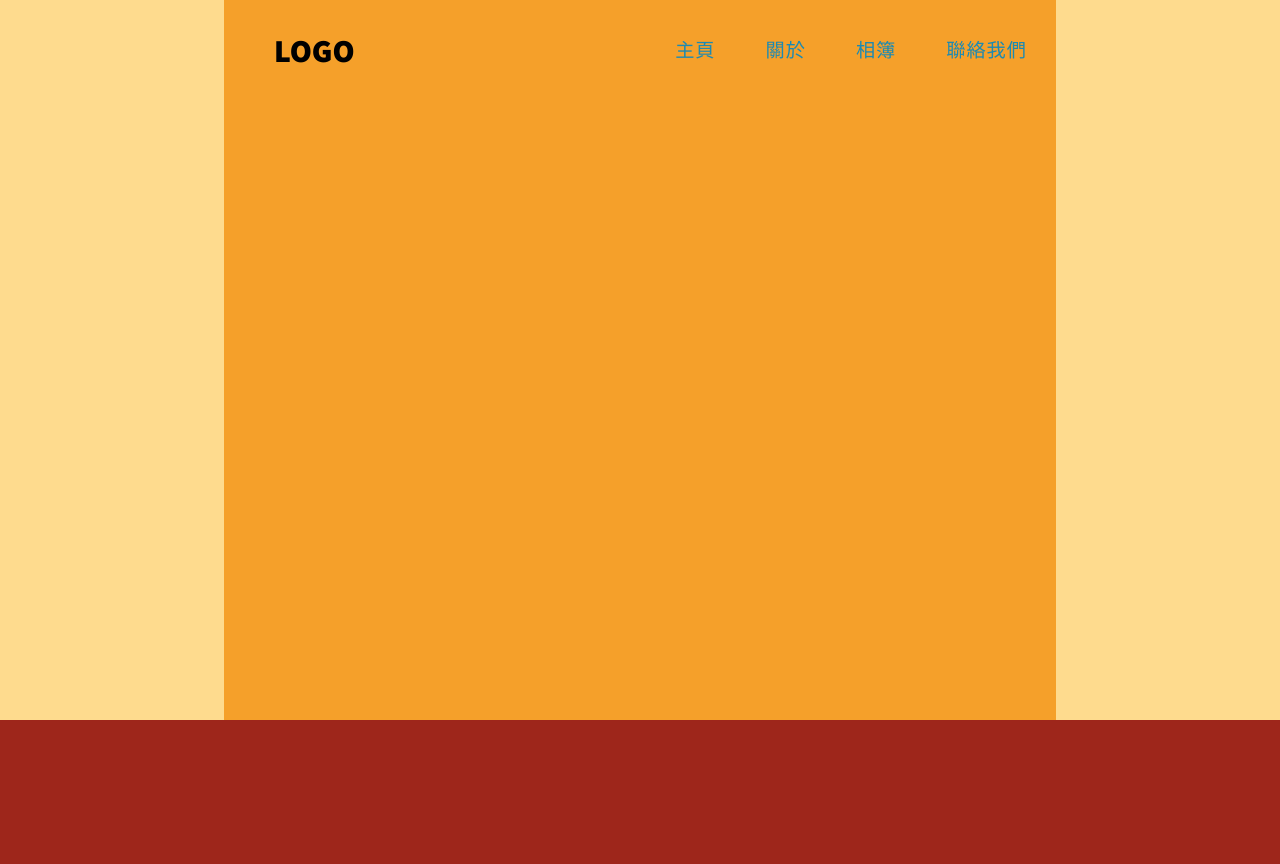
Repository: KevinYu0515/guanghui-food-website
Page: /
These files come from the project's save history. The page is drawn as it stood at one moment and after the next save; the edit follows.
The browser window is 1280 px wide. The pictures show the whole page.
The project was rebuilt for these pictures with package versions that can differ from the ones it lists, and the page was loaded fresh each time. Also part of the build but not shown: vue.config.js.

Above is the page before, as saved 2022-03-17 15:01:01.

After the next save:
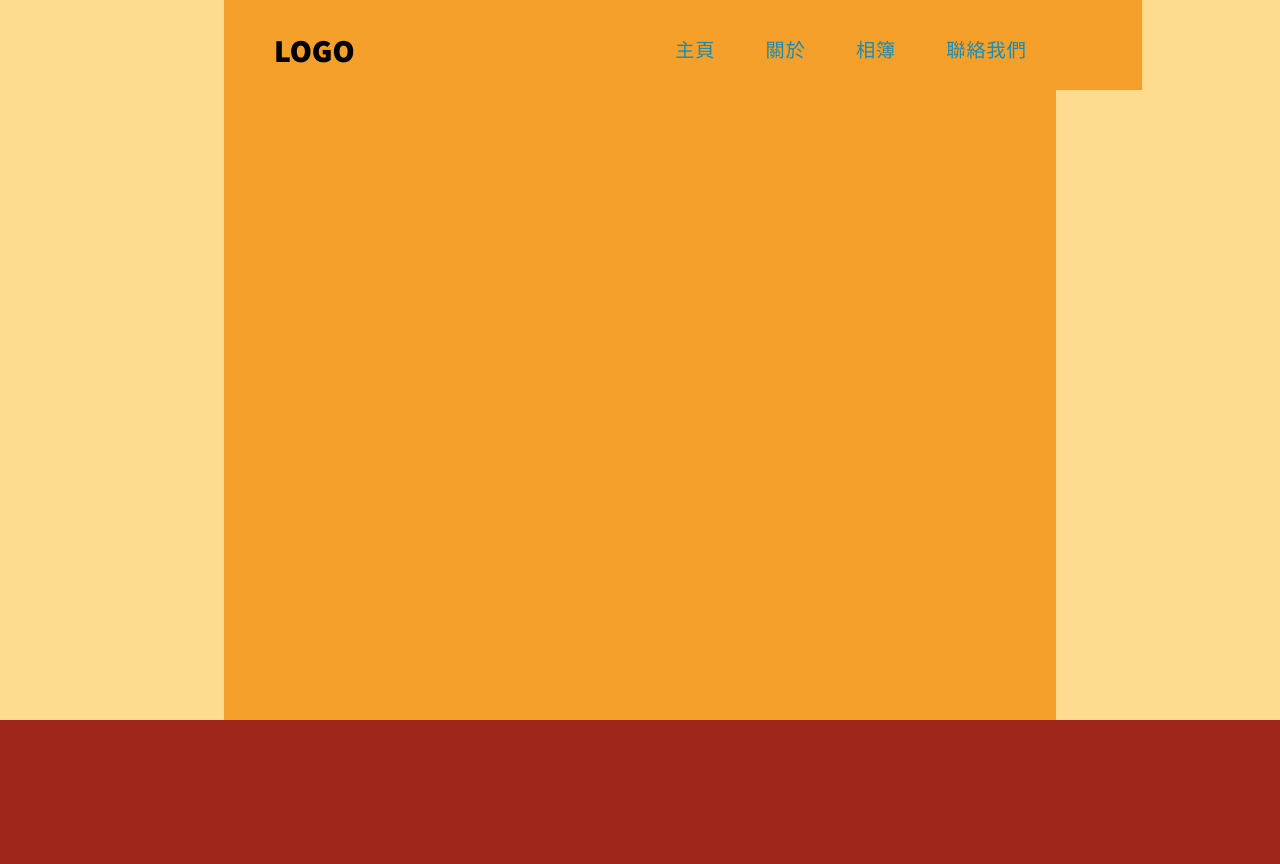
Saved 71 s later.
--- a/src/assets/scss/navbar.scss
+++ b/src/assets/scss/navbar.scss
@@ -8,7 +8,7 @@
     display: flex;
     justify-content: space-between;
     align-items: center;
-    background: none;
+    background: #F5A02A;
     .logo{
       color:rgb(0, 0, 0);
       font-weight: 700;

After the 2 saves that followed:
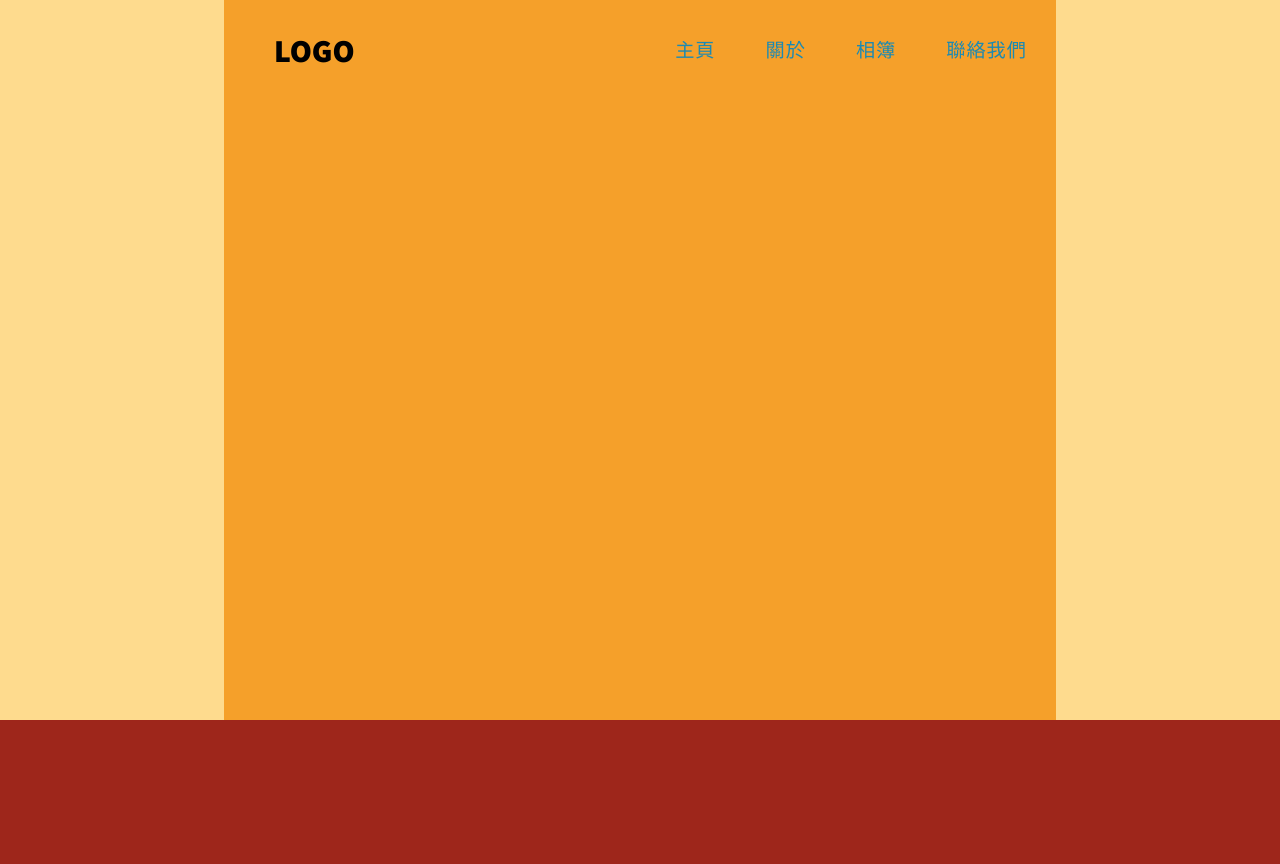
The 2 saves are shown as one change because they came seconds apart.
The last was saved 14 s later.
--- a/src/assets/scss/navbar.scss
+++ b/src/assets/scss/navbar.scss
@@ -8,7 +8,7 @@
     display: flex;
     justify-content: space-between;
     align-items: center;
-    background: #F5A02A;
+    background: none;
     .logo{
       color:rgb(0, 0, 0);
       font-weight: 700;
